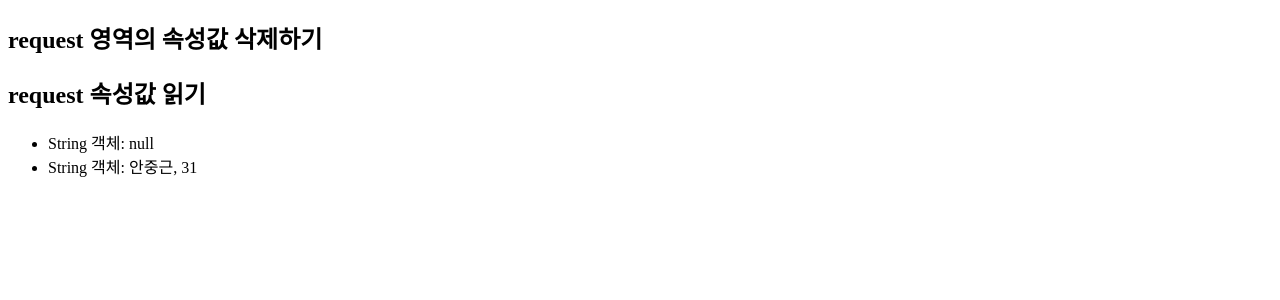
Repository: bhj305/JSP_Servlet
Page: http://localhost/MustHaveJSP/03Scope/RequestMain.jsp
An editor plug-in stored every save of this project. The page is shown before and after the next save, followed by the edit.
The browser window is 1280 px wide. The pictures show the whole page.
The page is served by Tomcat 10. Other server files are loaded and not shown.

Above is the page before, as saved 2025-05-07 02:59:19.

### MustHaveJSP/src/main/webapp/03Scope/RequestMain.jsp
<%@page import="common.Person"%>
<%@ page language="java" contentType="text/html; charset=UTF-8"
    pageEncoding="UTF-8"%>

<%
request.setAttribute("requestString", "request 영역의 문자열");
request.setAttribute("requestPerson", new Person("안중근", 31));
%>
<!DOCTYPE html>
<html>
	<head>
	<meta charset="UTF-8">
	<title>request 영역</title>
	</head>
	<body>
		<h2>request 영역의 속성값 삭제하기</h2>
		<%

		request.removeAttribute("requestString"); // request 영역에 저장되어 있으므로 정상적으로 삭제됨.
		request.removeAttribute("requestInteger"); // 없는 속성이므로 삭제되지 않음. 또한 에러도 발생하지 않음.

		%>

		<h2>request 속성값 읽기</h2>
		<%
		Person rPerson = (Person)(request.getAttribute("requestPerson"));
		%>

		<ul>
			<li>String 객체: <%= request.getAttribute("requestString") %></li>
			<li>String 객체: <%= rPerson.getName() %>, <%= rPerson.getAge() %></li>
		</ul>
	</body>
</html>

### MustHaveJSP/src/main/java/common/Person.java
package common; // 1. 기본패키지 이외의 패키지에 속해야 함.

public class Person
{
//	2. 멤버변수의 접근 지정자는 private 로 선언해야 함.
	private String name;
	private int age;

//	3. 기본 생성자가 있어야 함.
	public Person()
	{
		super();
	}

//	3. 기본생성자가 있어야 함.
	public Person(String name, int age)
	{
		super();
		this.name = name;
		this.age = age;
	}

//	4. getter, setter 메서드가 있어야 한다. (5. getter, setter는 public으로 선언해야 함.)
	public String getName()
	{
		return name;
	}

	public void setName(String name)
	{
		this.name = name;
	}

	public int getAge()
	{
		return age;
	}

	public void setAge(int age)
	{
		this.age = age;
	}



}

After the next save:
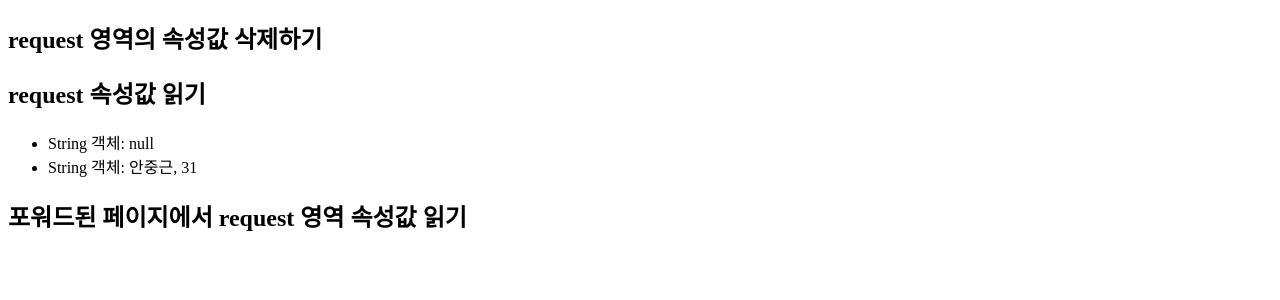
Saved 6 min 18 s later.
--- a/MustHaveJSP/src/main/webapp/03Scope/RequestMain.jsp
+++ b/MustHaveJSP/src/main/webapp/03Scope/RequestMain.jsp
@@ -30,5 +30,7 @@ request.setAttribute("requestPerson", new Person("안중근", 31));
 			<li>String 객체: <%= request.getAttribute("requestString") %></li>
 			<li>String 객체: <%= rPerson.getName() %>, <%= rPerson.getAge() %></li>
 		</ul>
+
+		<h2>포워드된 페이지에서 request 영역 속성값 읽기</h2>
 	</body>
 </html>
